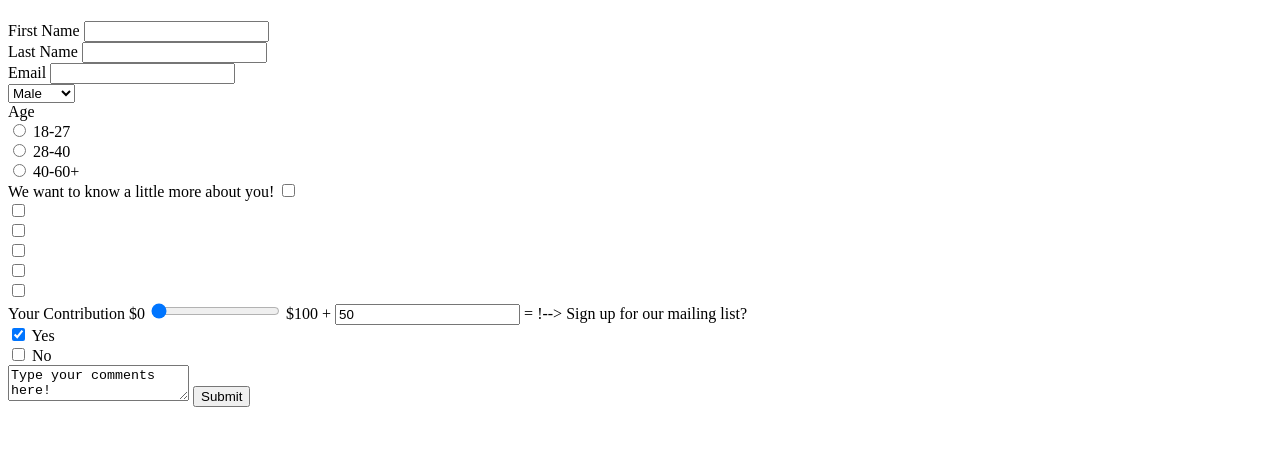
Repository: sunkim96/cosw30
Page: homework/homework2/contact.html
The author's editor kept a record of every edit. The page is drawn from the files as they stood at one moment, then again after the next edit.
The browser window is 1280 px wide. The pictures show the whole page.

Above is the page before.

After the next edit:
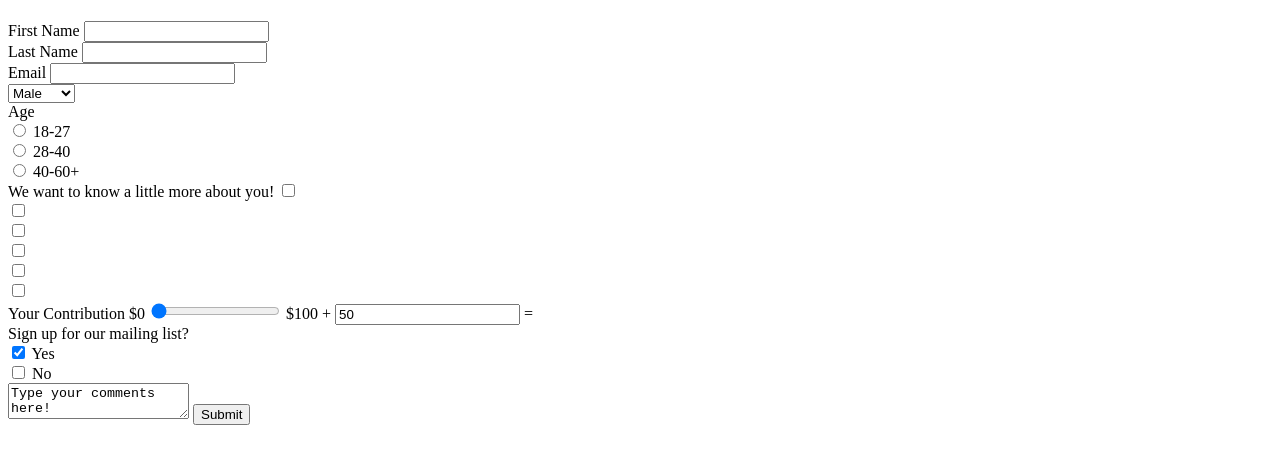
The edit:
--- a/homework/homework2/contact.html
+++ b/homework/homework2/contact.html
@@ -49,7 +49,7 @@
               $100 +
               <input type="number" id="b" name="b" value="50">
                 =
-              <output name="x" for="a b"></output>!-->
+              <output name="x" for="a b"></output><br>
 
               <!-- mailing list yes or no !-->
              <label for="yesno">Sign up for our mailing list?</label><br>
